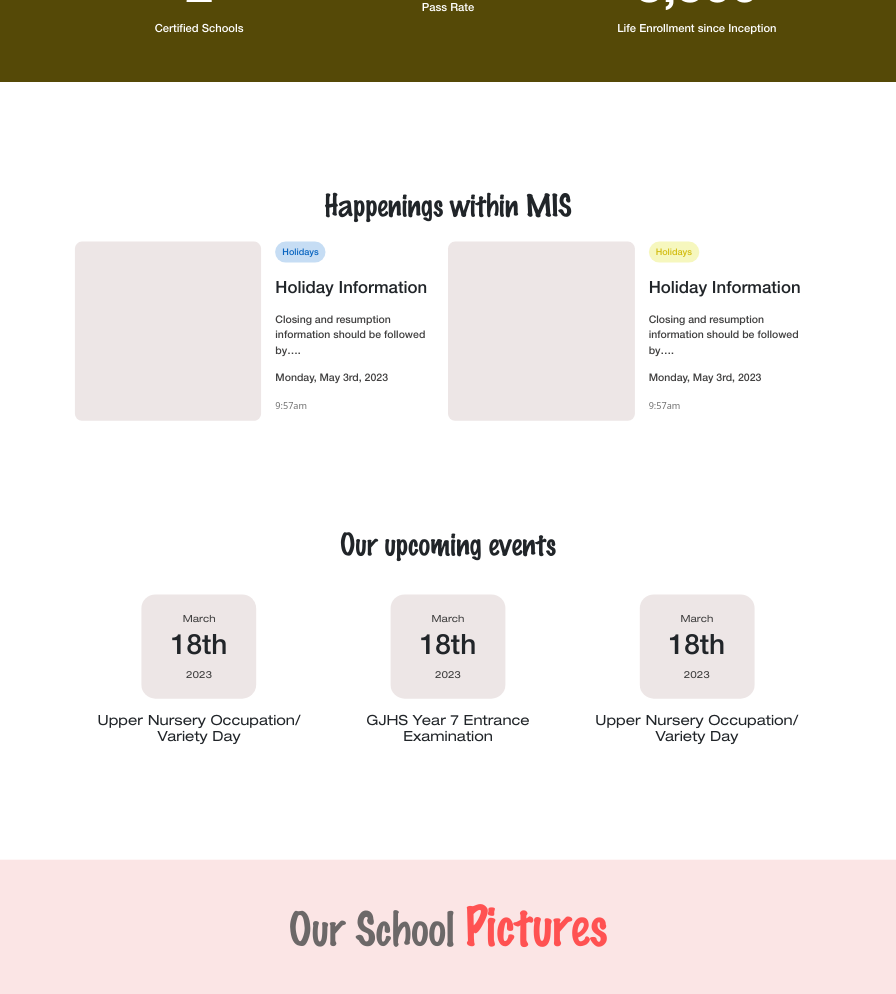
Repository: sarahnnanyelugo/MIGS
Page: /
These files come from the project's save history. The page is drawn as it stood at one moment and after a run of saves; the edit follows.
The browser window is 1280 px wide. The pictures show the part of the page from y = 4403 to 6323 px (the page is 5823 px tall before and 6323 px after), at 70% of full size.
The project was rebuilt for these pictures with package versions that can differ from the ones it lists, and the page was loaded fresh each time.

Above is the page before, as saved 2023-05-30 14:22:47.

After the next 2 saves:
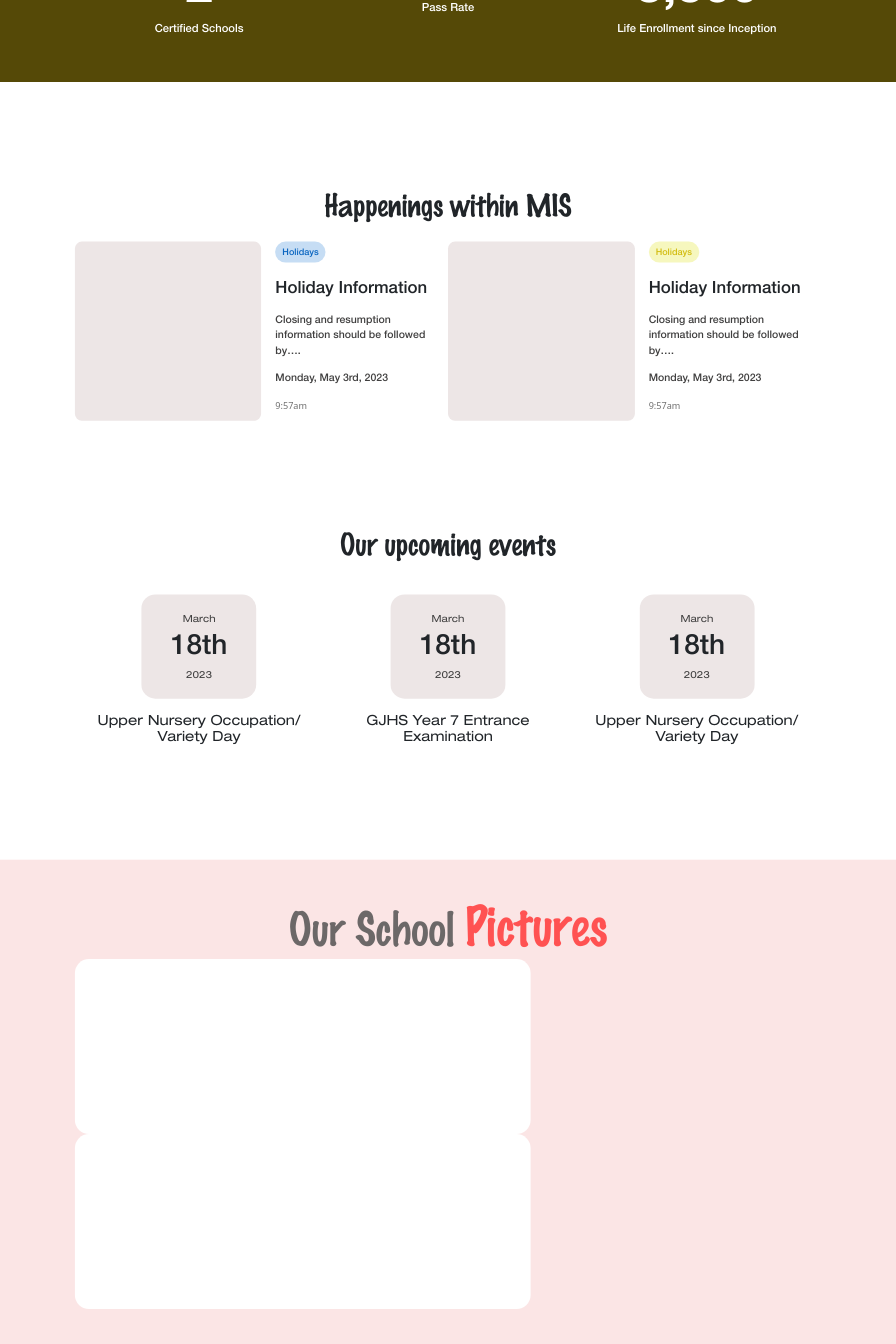
The 2 saves are shown as one change because 1 did not build or start.
The last was saved 65 s later.
--- a/src/pages/Home/home.scss
+++ b/src/pages/Home/home.scss
@@ -193,4 +193,9 @@
     font-size: 70px;
     color: $red;
   }
-}
+  .img-div2 {
+    background: #fff;
+    border-radius: 20px;
+    height: 250px;
+  }
+}
